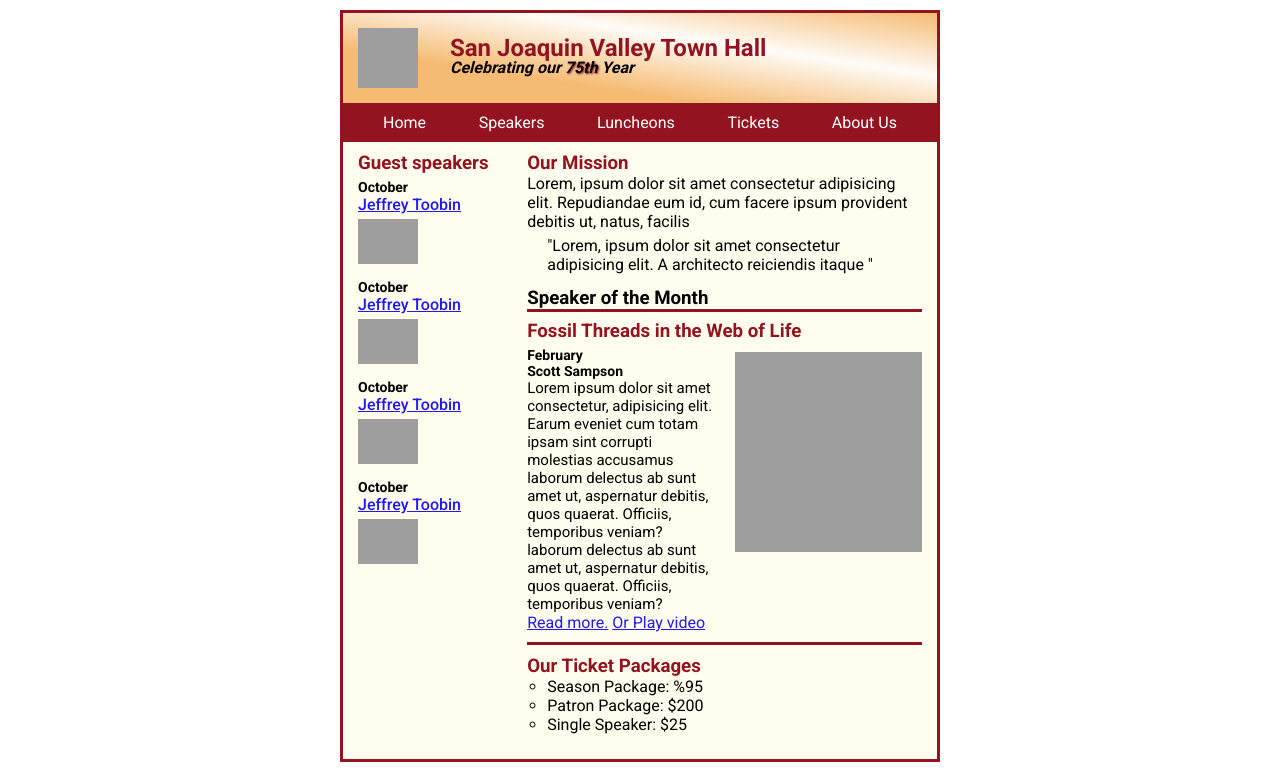
Repository: Mannj-nef/ex-5-6-7-8_IvVettech
Page: index.html
The author's editor kept a copy of each file at every save. The page is drawn from the files as they stood at one save, then again after the next save.
The browser window is 1280 px wide. The pictures show the whole page.
Pictures or frames that could not be fetched are drawn as grey boxes.

Above is the page before, as saved 2022-03-24 23:11:47.

After the next save:
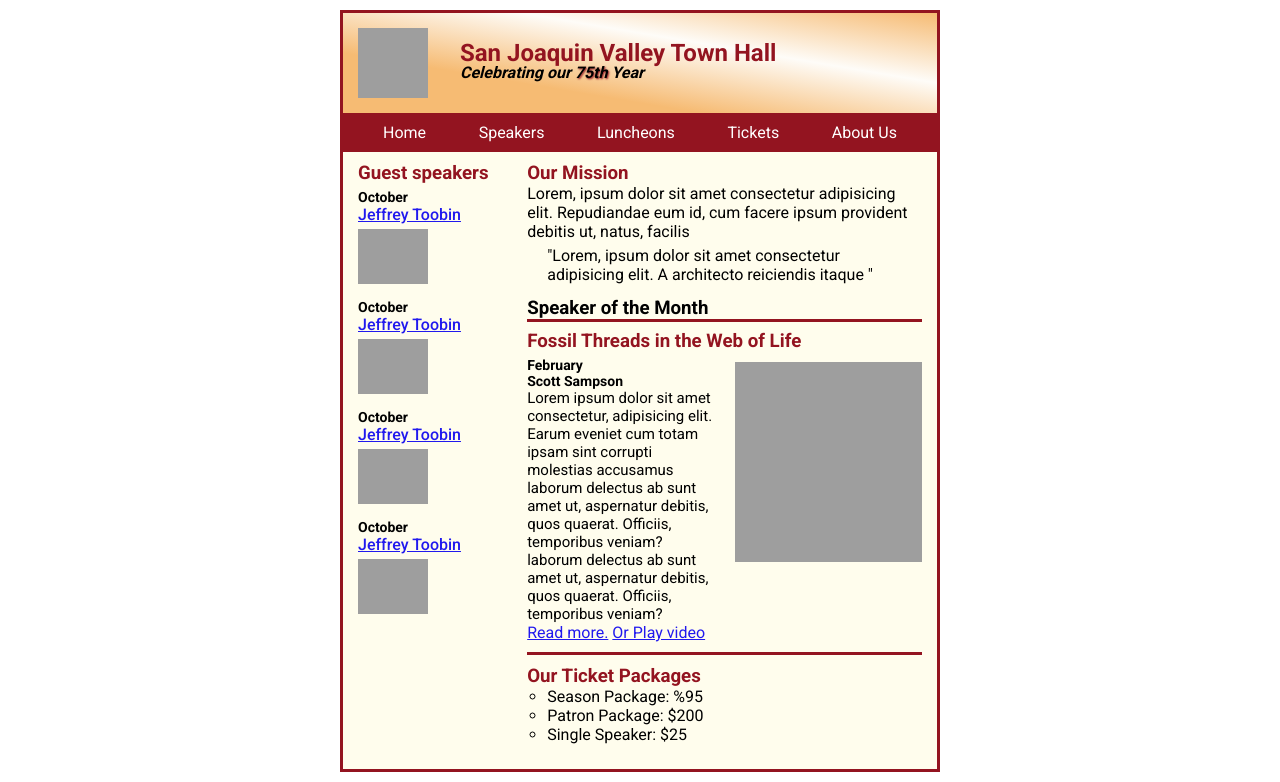
Saved 47 s later.
--- a/Asset/style.css
+++ b/Asset/style.css
@@ -11,7 +11,7 @@ html {
   --white-color: #fff;
   --yellow-color: #ebc700;
   --blue-color: #2119ee;
-  --size: 60px;
+  --size: 70px;
 }
 
 #app {
